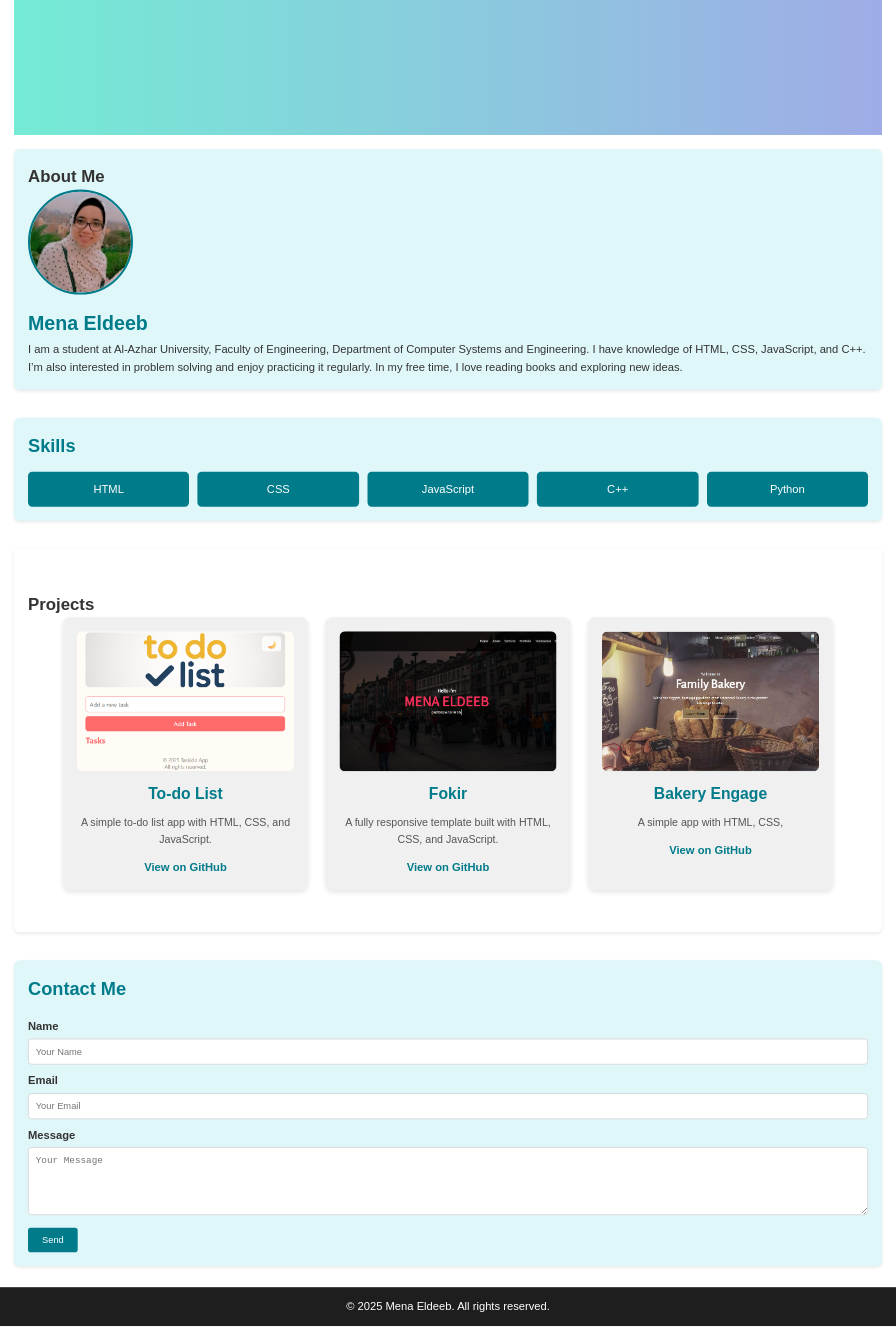
Repository: MenaEldeeb/My-Portfolio
Page: index.html
The author's editor kept a copy of each file at every save. The page is drawn from the files as they stood at one save, then again after the next save.
The browser window is 1280 px wide. The pictures show the part of the page from y = 647 to 2567 px (the page is 2542 px tall before and 2567 px after), at 70% of full size.

Above is the page before, as saved 2025-08-27 23:57:27.

After the next save:
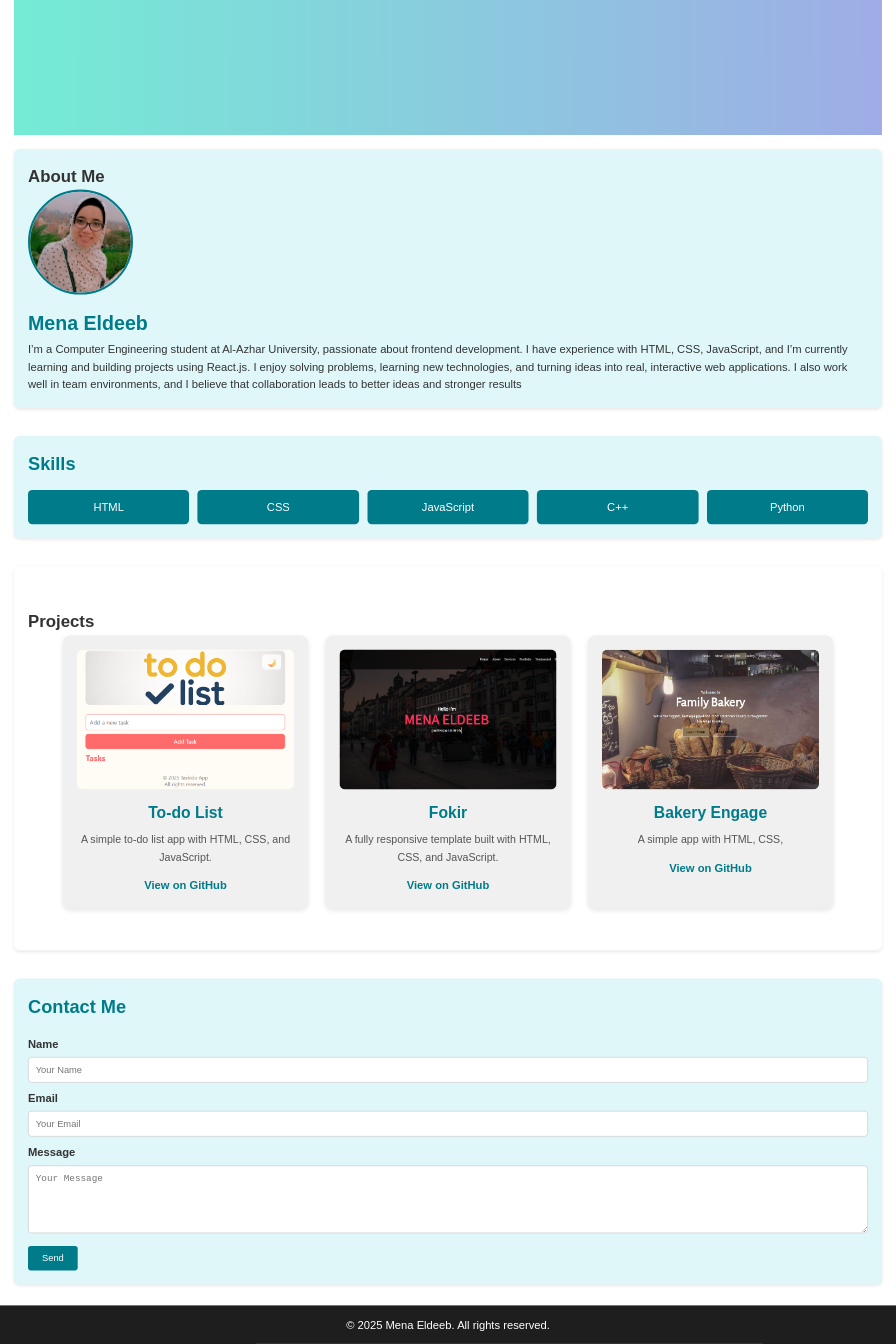
Saved 37 h 6 min later.
--- a/index.html
+++ b/index.html
@@ -65,9 +65,9 @@
           <div>
             <h1 class="my-name">Mena Eldeeb</h1>
             <p>
-              I am a student at Al-Azhar University, Faculty of Engineering, Department of Computer Systems and Engineering.
-              I have knowledge of HTML, CSS, JavaScript, and C++. I’m also interested in problem solving and enjoy practicing it regularly.
-              In my free time, I love reading books and exploring new ideas.
+             I’m a Computer Engineering student at Al-Azhar University, passionate about frontend development. I have experience with HTML, CSS, JavaScript, and I’m currently learning and building projects using React.js.
+
+I enjoy solving problems, learning new technologies, and turning ideas into real, interactive web applications. I also work well in team environments, and I believe that collaboration leads to better ideas and stronger results
             </p>
           </div>
         </div>
